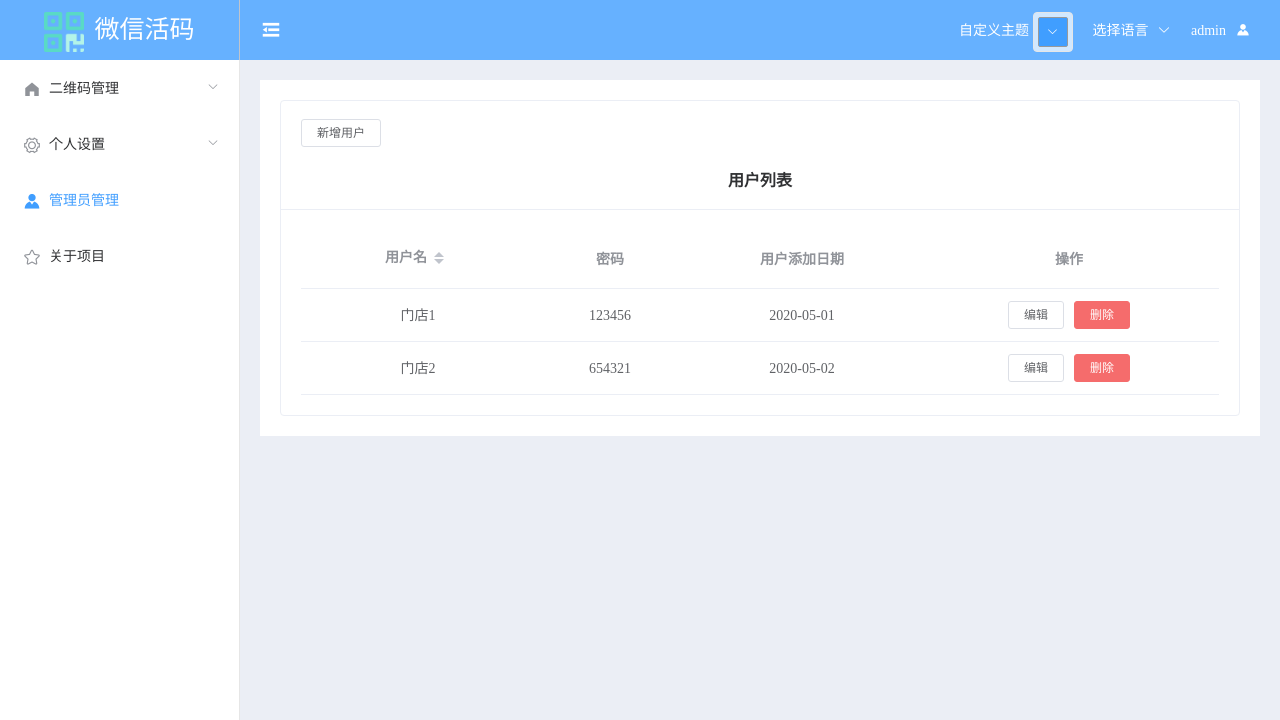
Repository: pioneer22/qrcode
Page: /#/manager
An editor plug-in stored every save of this project. The page is shown before and after the next save, followed by the edit.
The browser window is 1280 px wide. The pictures show the whole page.
The page's requests for data from a server got no answer. An inner scrolling area shows only its first screen. The project was rebuilt for these pictures with package versions that can differ from the ones it lists, and the page was loaded fresh each time. No one was signed in, and anything a server would have sent is missing. Also part of the build but not shown: vue.config.js, src/views/layout/TheLayoutSubSidebar.vue.

Above is the page before, as saved 2020-05-13 11:47:47.

After the next save:
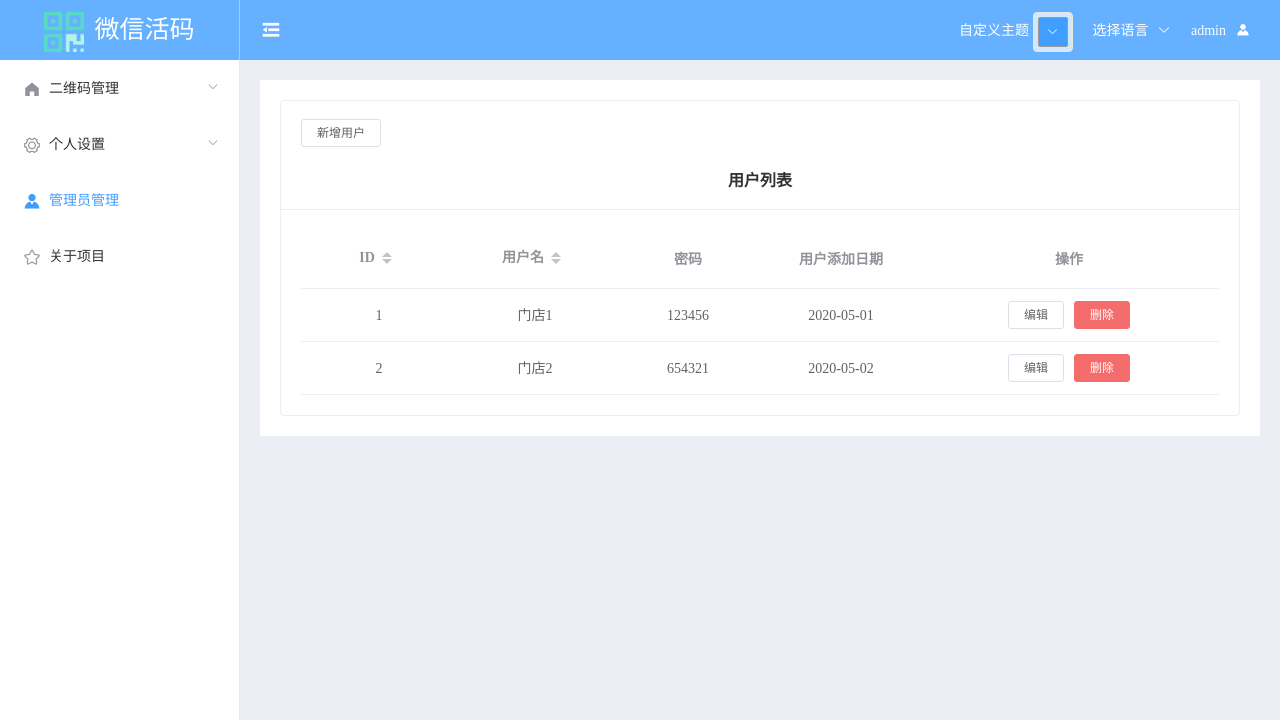
Saved 3 min 28 s later.
--- a/src/views/pages/PageManager.vue
+++ b/src/views/pages/PageManager.vue
@@ -9,6 +9,11 @@
       </div>
 
       <el-table :data="tableData" style="width: 100%">
+        <el-table-column label="ID" sortable prop="id">
+          <template slot-scope="scope">
+            <span>{{ scope.row.id }}</span>
+          </template>
+        </el-table-column>
 
         <el-table-column label="用户名" sortable prop="name">
           <template slot-scope="scope">
@@ -46,6 +51,7 @@
     data() {
       return {
         tableData: [{
+          id: 1,
           date: '2020-05-01',
           // img: require('@/assets/img/about/my-logo.png'),
           name: "门店1",
@@ -53,6 +59,7 @@
 
         },
         {
+          id: 2,
           date: '2020-05-02',
           // img: require('@/assets/img/about/my-logo.png'),
           name: "门店2",
